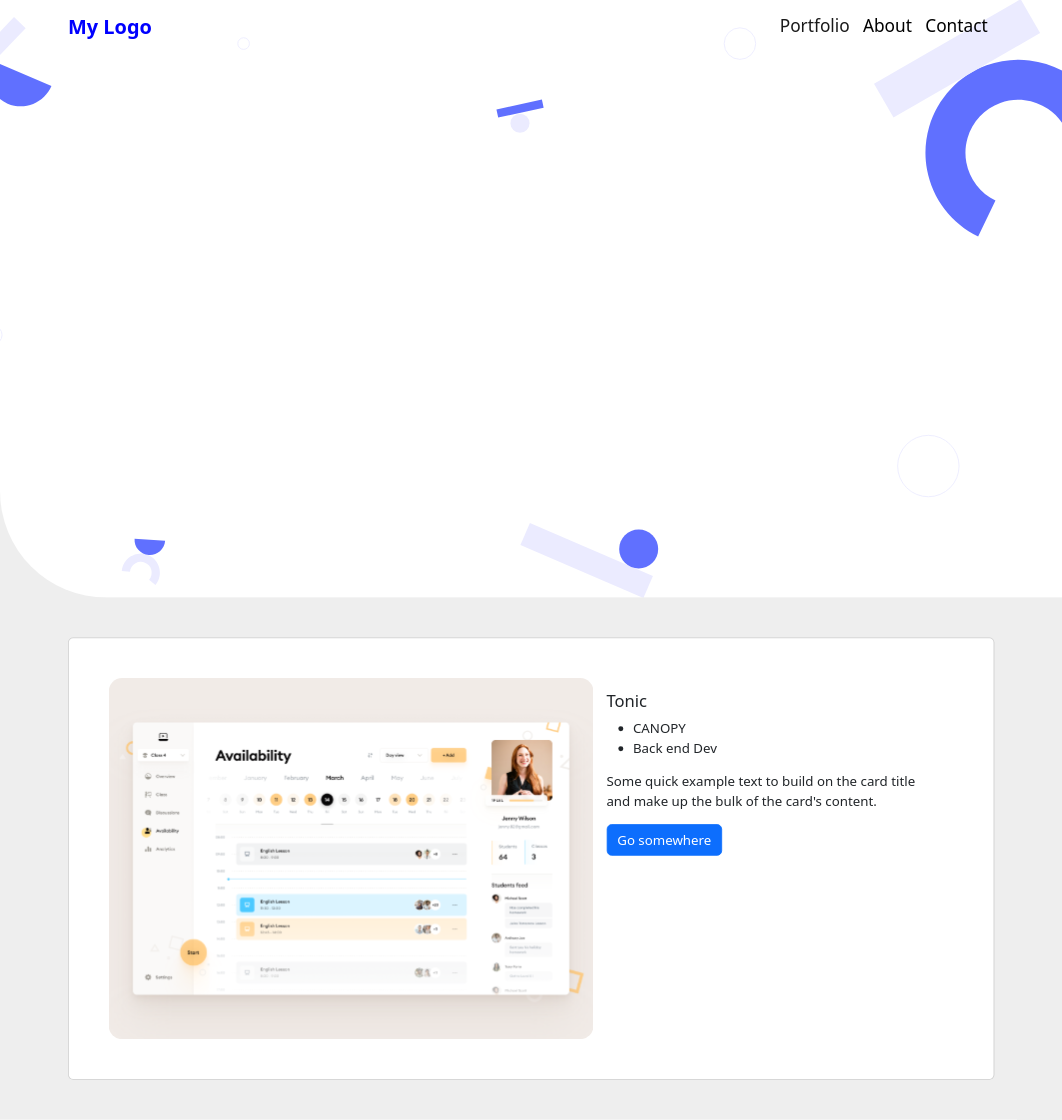
Repository: waelelsafty07/Bootstrap-Portfolio
Page: index.html
The author's editor kept a copy of each file at every save. The page is drawn from the files as they stood at one save, then again after the next save.
The browser window is 1280 px wide. The pictures show the whole page, at 83% of full size.

Above is the page before, as saved 2023-04-04 16:24:08.

### index.html
<!DOCTYPE html>
<html lang="en">
<head>
    <meta charset="UTF-8">
    <meta http-equiv="X-UA-Compatible" content="IE=edge">
    <meta name="viewport" content="width=device-width, initial-scale=1.0">
    <title>Portfolio</title>
    <link rel="stylesheet" href="css/bootstrap.min.css"/>
    <link rel="stylesheet" href="styles.css"/>
</head>
<body>
    <header>
        <nav class="navbar navbar-expand-lg navbar-light">
            <div class="container">
              <a class="navbar-brand" href="#">My Logo</a>
              <button class="navbar-toggler" type="button" data-bs-toggle="collapse" data-bs-target="#navbarNav" aria-controls="navbarNav" aria-expanded="false" aria-label="Toggle navigation">
                <span class="navbar-toggler-icon"></span>
              </button>
              <div class="collapse navbar-collapse flex-row-reverse" id="navbarNav">
                <ul class="navbar-nav">
                  <li class="nav-item">
                    <a class="nav-link active" aria-current="page" href="#">Portfolio</a>
                  </li>
                  <li class="nav-item">
                    <a class="nav-link" href="#">About</a>
                  </li>
                  <li class="nav-item">
                    <a class="nav-link" href="#">Contact</a>
                  </li>
                </ul>
              </div>
            </div>
          </nav>
    </header>
    <main>
      <section id="works" class="works m-5">
        <div class="container">
          <div class="card flex-row p-5">
            <img src="images/Snapshoot Portfolio (1).svg" class="card-img-top" alt="...">
            <div class="card-body">
              <h5 class="card-title">Tonic</h5>
              <ul>
                <li>CANOPY</li>
                <li>Back end Dev</li>
              </ul>
              <p class="card-text">Some quick example text to build on the card title and make up the bulk of the card's content.</p>
              <a href="#" class="btn btn-primary">Go somewhere</a>
            </div>
          </div>
        </div>
      </section>
    </main>

    <script src="js/bootstrap.bundle.min.js"></script>
</body>
</html>

### styles.css
body {
  background-color: #eee;
}
header {
  background-color: #fff;
  background-image: url("images/Header\ bg.svg");
  background-repeat: no-repeat;
  background-position: center;
  height: 100vh;
  border-bottom-left-radius: 8rem;
}
nav .navbar-brand {
  font-weight: bold;
  font-size: 1.5rem;
  color: blue;
}
nav .nav-link {
  font-weight: 500;
  font-size: 1.3rem;
  color: #000;
}

Loaded but not shown: css/bootstrap.min.css (library); js/bootstrap.bundle.min.js (library)

After the next save:
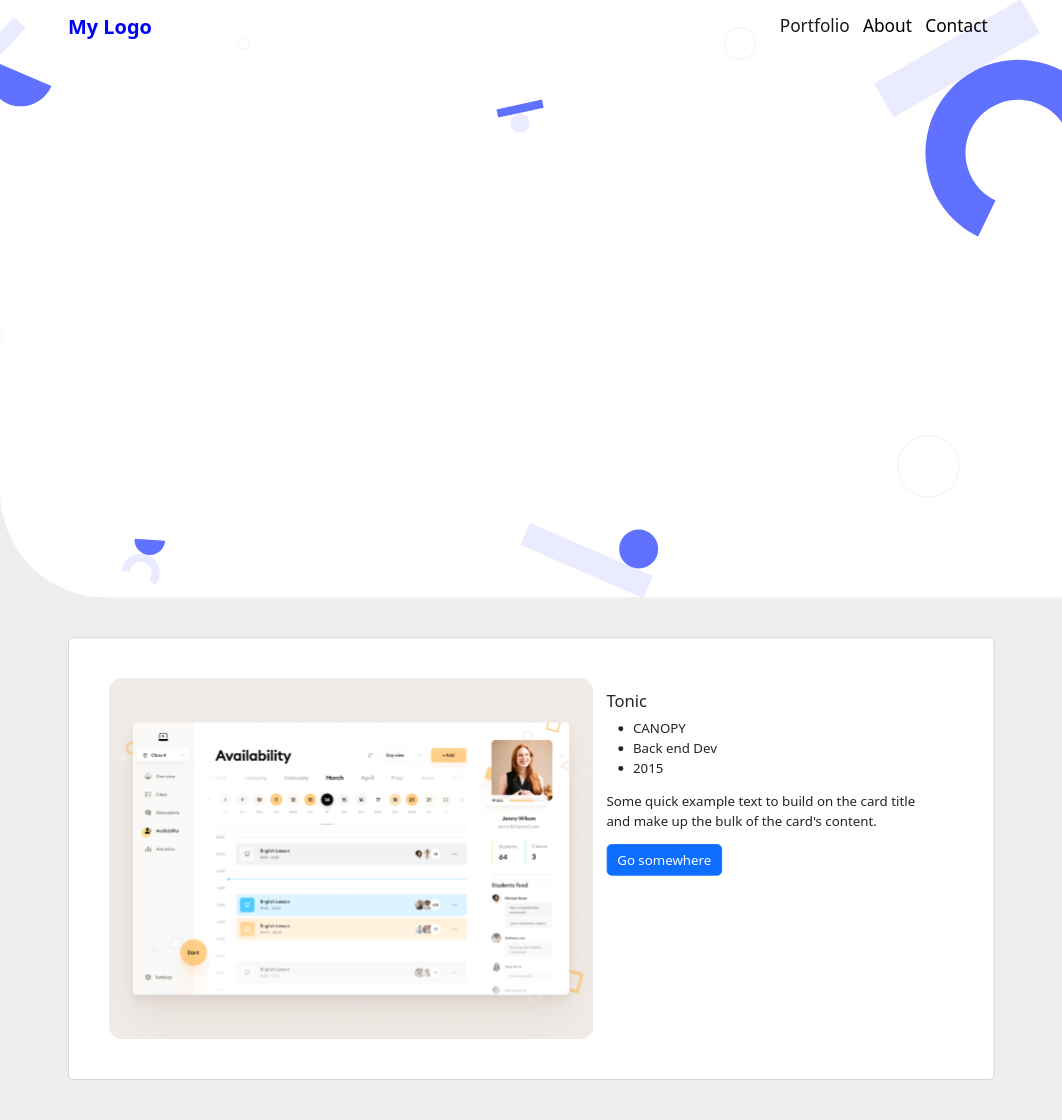
Saved 10 s later.
--- a/index.html
+++ b/index.html
@@ -42,6 +42,7 @@
               <ul>
                 <li>CANOPY</li>
                 <li>Back end Dev</li>
+                <li>2015</li>
               </ul>
               <p class="card-text">Some quick example text to build on the card title and make up the bulk of the card's content.</p>
               <a href="#" class="btn btn-primary">Go somewhere</a>
